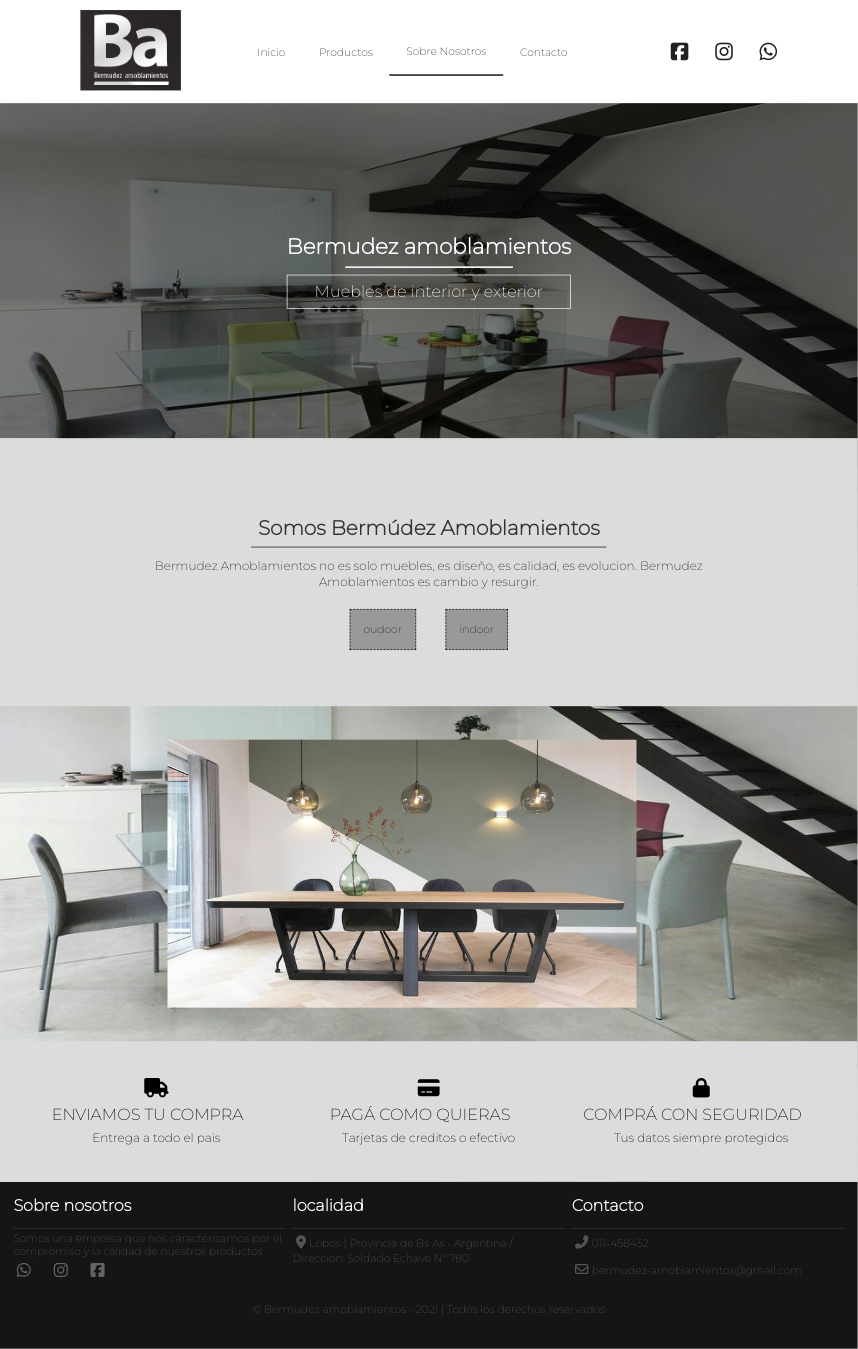
Repository: DamianBermudez94/Bermudez-amoblamientos
Page: index.html
These files come from the project's save history. The page is drawn as it stood at one moment and after the next save; the edit follows.
The browser window is 1280 px wide. The pictures show the whole page, at 67% of full size.
Backgrounds fixed to the window are drawn as part of the page. Some web libraries are served in a nearby version.

Above is the page before, as saved 2022-09-22 19:28:56.

After the next save:
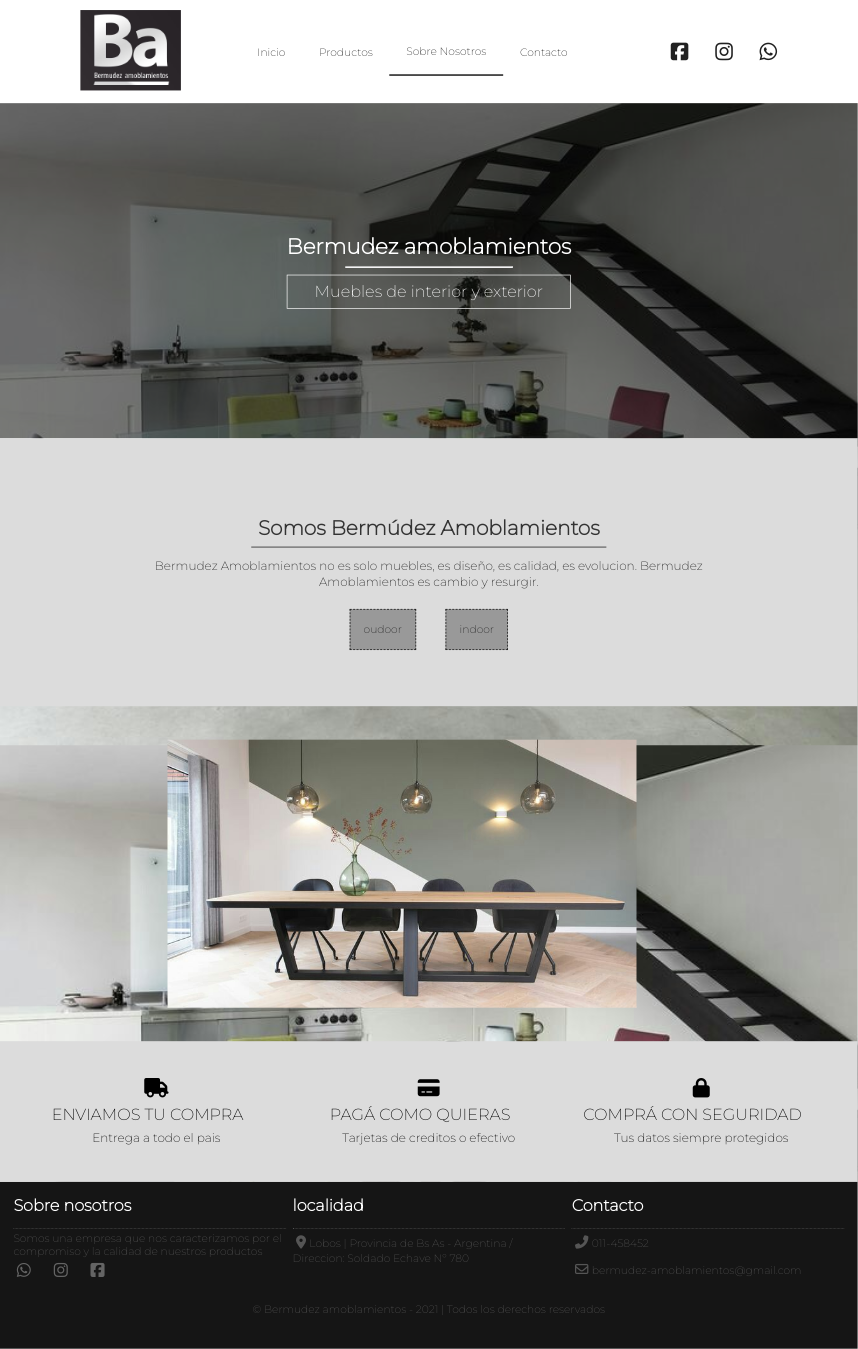
Saved 9 s later.
--- a/index.css
+++ b/index.css
@@ -38,7 +38,7 @@
   background-position: center;
   background-attachment: fixed;
   background-repeat: no-repeat;
-  background-size:100% 1800px;
+  background-size: cover;
 
 }
 
